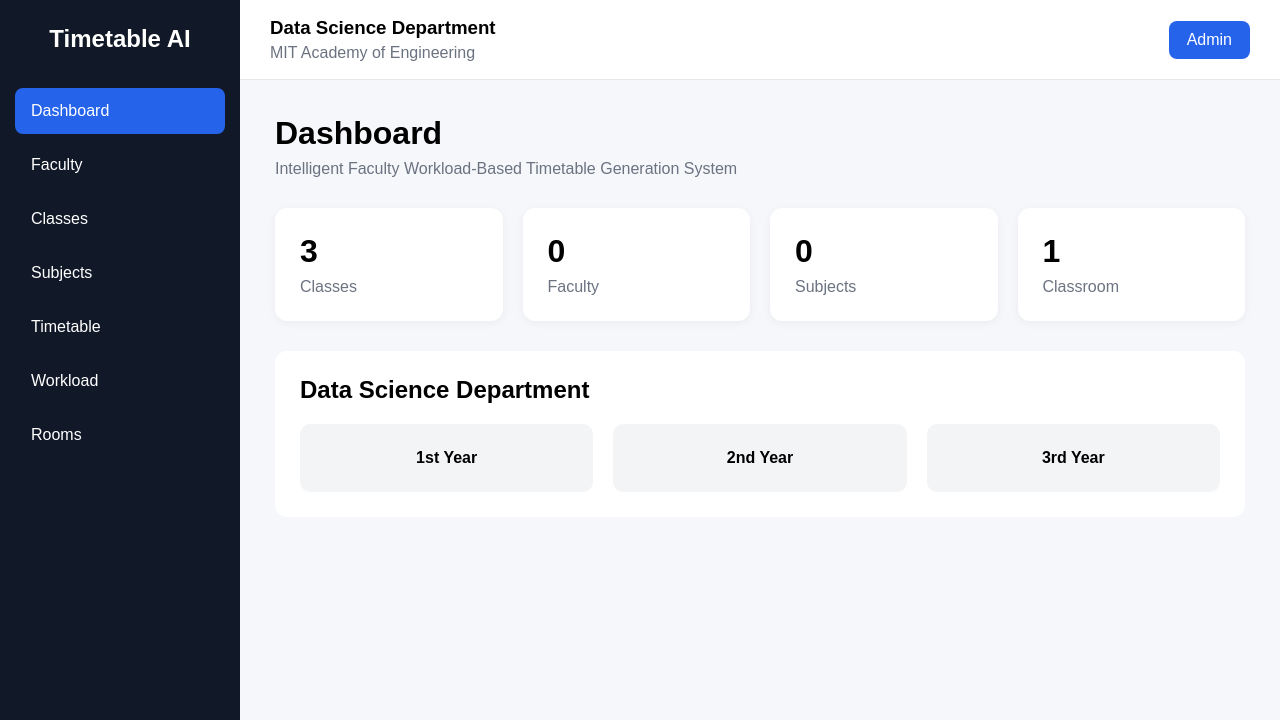
Repository: palak-surana/Intelligent-Timetable-System
Page: / (app in frontend/)
The author's editor kept a copy of each file at every save. The page is drawn from the files as they stood at one save, then again after the next save.
The browser window is 1280 px wide. The pictures show the whole page.
The project was rebuilt for these pictures with package versions that can differ from the ones it lists, and the page was loaded fresh each time. Also part of the build but not shown: frontend/vite.config.js, frontend/src/pages/Faculty.jsx, frontend/src/pages/Classes.jsx, frontend/src/pages/Subjects.jsx, frontend/src/pages/Timetable.jsx, frontend/src/pages/Workload.jsx, frontend/src/pages/Rooms.jsx.

Above is the page before, as saved 2026-08-15 22:21:53.

After the next save:
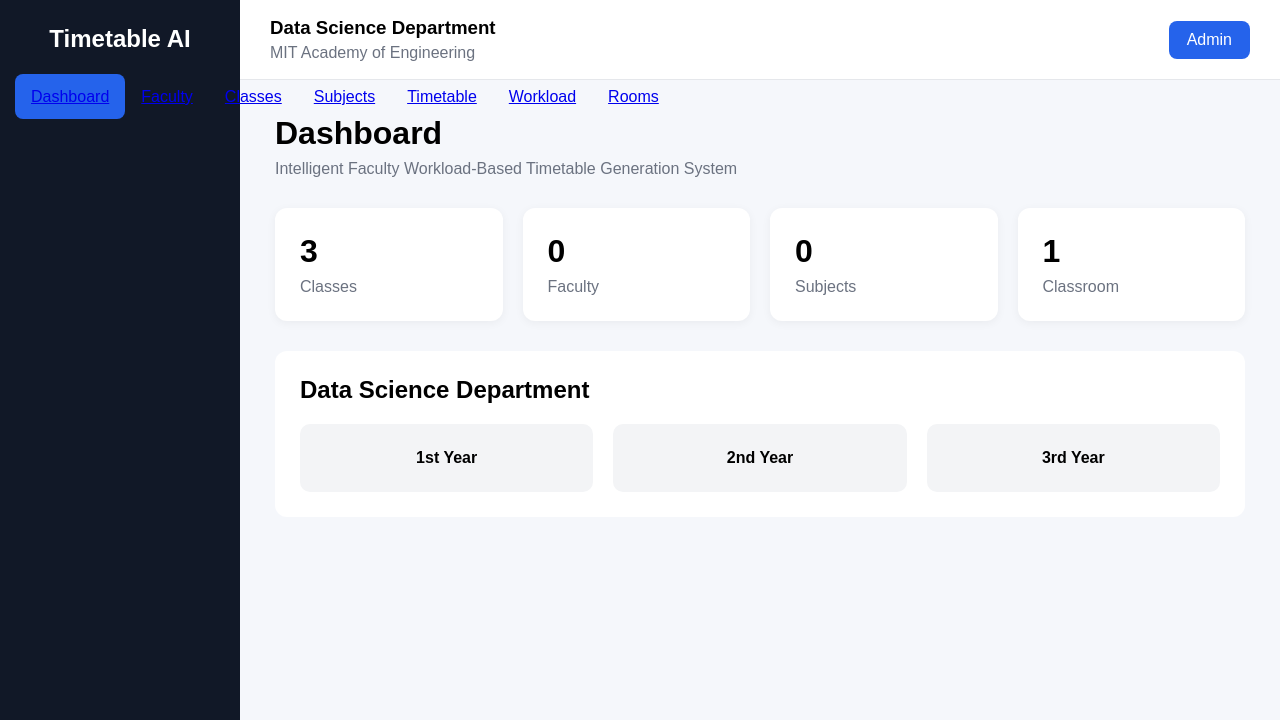
Saved 55 s later.
--- a/frontend/src/index.css
+++ b/frontend/src/index.css
@@ -124,20 +124,3 @@ body {
   text-align: center;
   font-weight: bold;
 }
-.nav-item {
-  display: block;
-  color: white;
-  text-decoration: none;
-}
-
-.page {
-  padding: 35px;
-}
-
-.page h1 {
-  margin-bottom: 10px;
-}
-
-.page p {
-  color: #6b7280;
-}

After the save that followed:
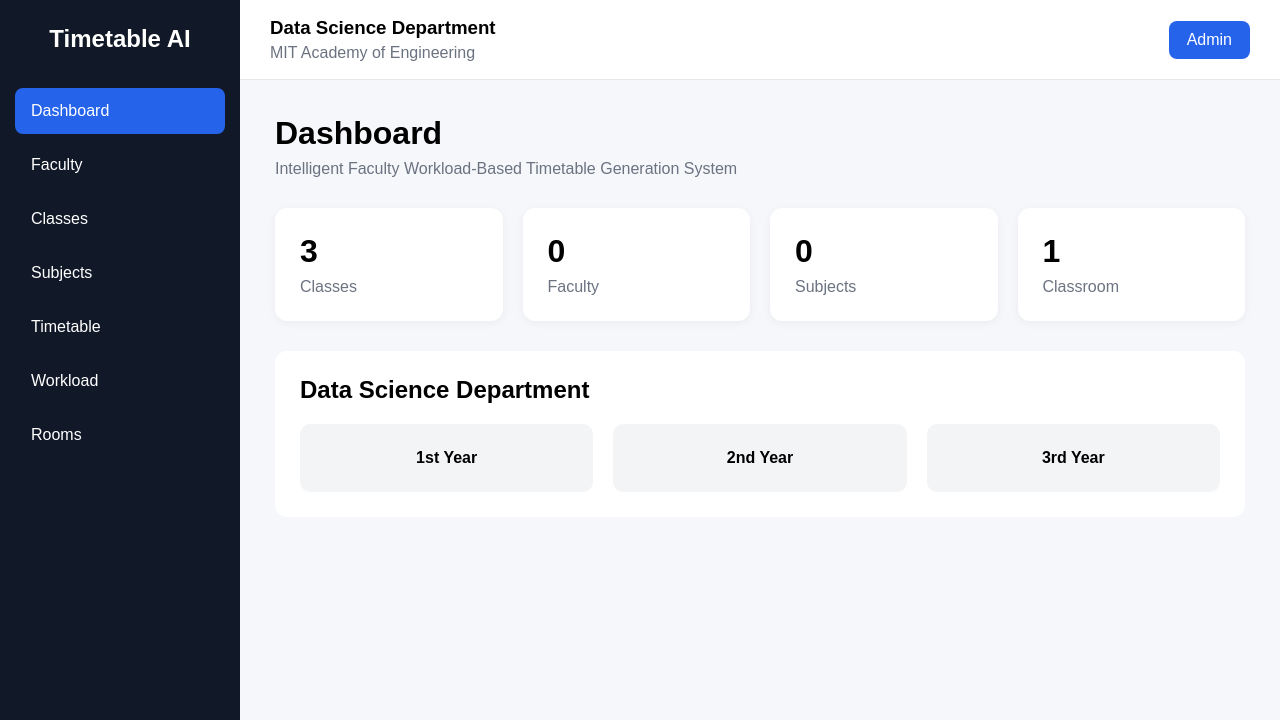
Saved 4 min 5 s later.
--- a/frontend/src/index.css
+++ b/frontend/src/index.css
@@ -124,3 +124,35 @@ body {
   text-align: center;
   font-weight: bold;
 }
+
+/* Sidebar links */
+.nav-item {
+  display: block;
+  color: white;
+  text-decoration: none;
+  padding: 14px 16px;
+  margin-bottom: 8px;
+  border-radius: 8px;
+  cursor: pointer;
+}
+
+.nav-item:hover {
+  background: #2563eb;
+}
+
+.nav-item.active {
+  background: #2563eb;
+}
+
+/* Page content */
+.page {
+  padding: 35px;
+}
+
+.page h1 {
+  margin-bottom: 10px;
+}
+
+.page p {
+  color: #6b7280;
+}
